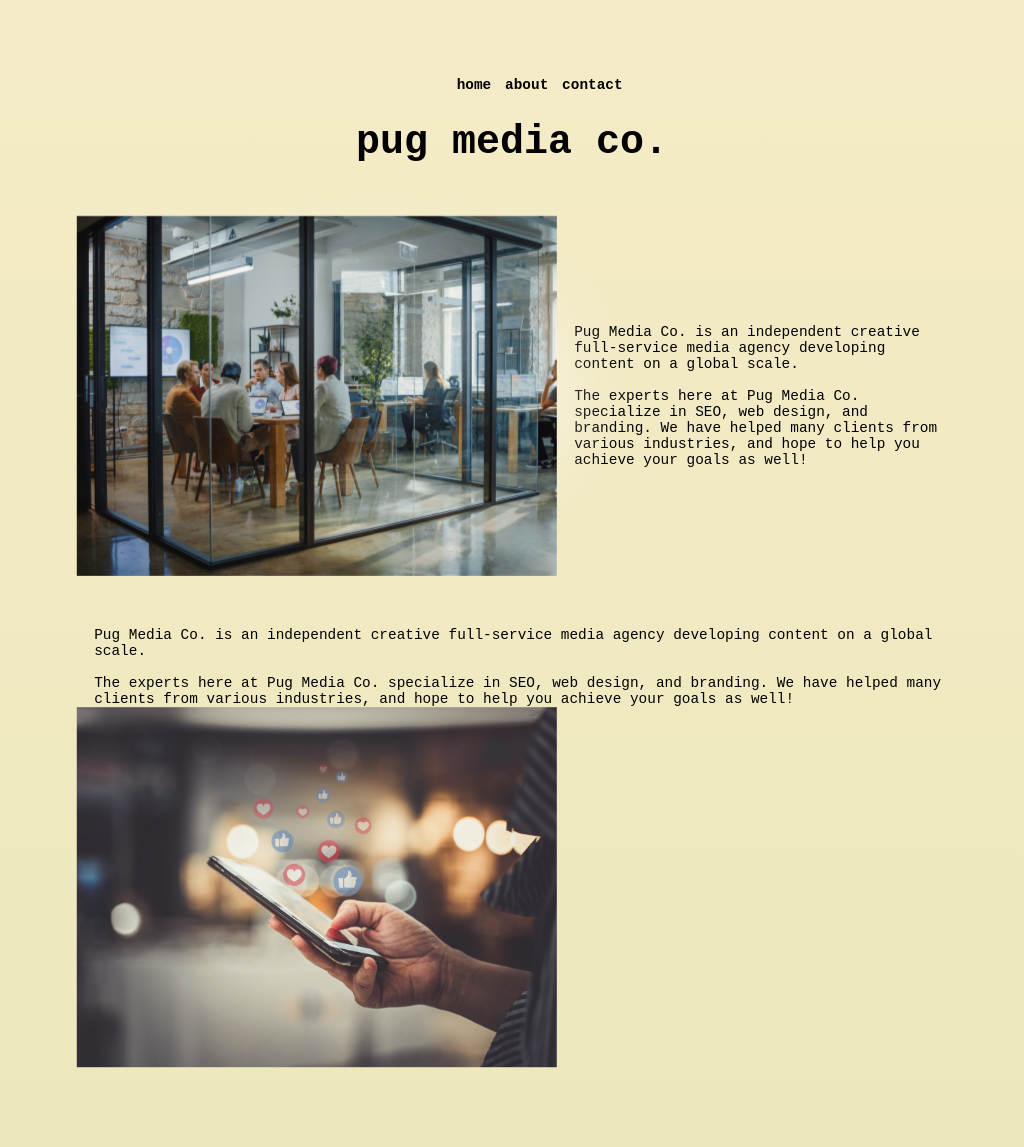
Repository: cheungglenda/MDIA2109-Week3
Page: /
The author's editor kept a copy of each file at every save. The page is drawn from the files as they stood at one save, then again after the next save.
The browser window is 1280 px wide. The pictures show the whole page, at 80% of full size.
The project was rebuilt for these pictures with package versions that can differ from the ones it lists, and the page was loaded fresh each time. The framework's server and built-in components were replaced by stand-ins that run in the browser. Also part of the build but not shown: next.config.js, components/Card/index.js.

Above is the page before, as saved 2023-01-20 19:05:54.

### pages/index.js
import Head from 'next/head'
import Image from 'next/image'
import { Inter } from '@next/font/google'
import styles from '@/styles/Home.module.css'
import data from '../data/education.json'
import { useState } from 'react'
import Card from '../components/Card'
import Link from 'next/link'

const inter = Inter({ subsets: ['latin'] })

export default function Home() {

  /** ([...data]) enters the data in the useState and is calling that info. the useState has all the data from the education.json file */
  const [information, setInformation] = useState([...data])
  console.log(data);

  return (
    <>
      <Head>
        <title>Pug Media Co.</title>
        <meta name="description" content="Full-service digital marketing agency" />
        <meta name="viewport" content="width=device-width, initial-scale=1" />
        <link rel="icon" href="/favicon.ico" />
      </Head>
      <main className={styles.main}>
        <div className={styles.buttons}>
      <Link href="/" className={styles.links}>Home</Link>
      <Link href="../about" className={styles.links}>About</Link>
      <Link href="/" className={styles.links}>Contact</Link>
        </div>

        <div className={styles.meetTitle}>Pug Media Co.</div>
        <div className={styles.center}>
          <Image
            className={styles.logo}
            src="/office.jpeg"
            width={600}
            height={450}
          />
          <div className={styles.homeDesc}>
            Pug Media Co. is an independent creative full-service media agency developing content on a global scale. <br></br><br></br>The experts here at Pug Media Co. specialize in SEO, web design, and branding. We have helped many clients from various industries, and hope to help you achieve your goals as well!
          </div>
        </div>
        <div className={styles.bottom}>
        <div className={styles.homeDesc}>
            Pug Media Co. is an independent creative full-service media agency developing content on a global scale. <br></br><br></br>The experts here at Pug Media Co. specialize in SEO, web design, and branding. We have helped many clients from various industries, and hope to help you achieve your goals as well!
          </div>
        <Image
            className={styles.logo}
            src="/media.jpeg"
            width={600}
            height={450}
          />
        </div>
      </main>
    </>
  )
}

/** .toLowerCase() is input when you don't want to worry about case sensitivity */

### styles/Home.module.css
.main {
  display: flex;
  flex-direction: column;
  justify-content: space-between;
  align-items: center;
  padding: 6rem;
  font-family:arial;
  min-height: 100vh;
  background-image: linear-gradient(rgb(245, 235, 200), rgb(236, 232, 188));

}

.buttons {
  display: flex;
  flex-direction:row;
  justify-content: space-evenly;
  margin-bottom:3%;
}

.links:hover {
  text-decoration:underline;
}

.links {
  font-size: 18px;
  max-width: var(--max-width);
  width: 100%;
  font-weight:900;
  font-family: 'Courier New', Courier, monospace;
  text-transform:lowercase;
  padding-left:10%;
}

.description {
  display: inherit;
  justify-content: inherit;
  align-items: inherit;
  font-size: 15px;
  max-width: var(--max-width);
  width: 100%;
  font-family: var(--font-mono);
}

.homeDesc {
  font-size: 18px;
  font-family:'Courier New', Courier, monospace;
  margin-left:2%;
}

.description a {
  display: flex;
  justify-content: center;
  align-items: center;
  gap: 0.5rem;
}

.description p {
  position: relative;
  margin: 0;
  padding: 1rem;
  background-color: rgba(var(--callout-rgb), 0.5);
  border: 1px solid rgba(var(--callout-border-rgb), 0.3);
  border-radius: var(--border-radius);
}

.code {
  font-weight: 700;
  font-family: var(--font-mono);
}

.meetTitle {
  font-size: 50px;
  font-weight:700;
  text-transform:lowercase;
  font-family:'Courier New', Courier, monospace;
  text-align:center;
}

.grid {
  display: flex;
  justify-content:center;
  width: var(--max-width);
  max-width: 100%;
  align-items:center;
  flex: 1;
}

.card {
  padding: 1rem 1.2rem;
  border-radius: var(--border-radius);
  background: rgba(var(--card-rgb), 0);
  border: 1px solid rgba(var(--card-border-rgb), 0);
  transition: background 200ms, border 200ms;
}

.card span {
  display: inline-block;
  transition: transform 200ms;
}

.info {
  font-family:Arial, Helvetica, sans-serif;
}

.card h2 {
  font-weight: 600;
  margin-bottom: 0.7rem;
}

.card p {
  margin: 0;
  opacity: 0.6;
  font-size: 0.9rem;
  line-height: 1.5;
  max-width: 30ch;
}


.employees {
  display:flex;
  gap:20px;
  width: 80%;
  text-align:center;
  font-family:'Courier New', Courier, monospace;
}

.titleDesc {
  font-size:16px;
  margin-bottom:3%;
}

.center {
  display: flex;
  justify-content: center;
  align-items: center;
  position: relative;
  padding: 4rem 0;
}

.center::before {
  background: var(--secondary-glow);
  border-radius: 50%;
  width: 480px;
  height: 360px;
  margin-left: -400px;
}

.center::after {
  background: var(--primary-glow);
  width: 240px;
  height: 180px;
  z-index: -1;
}

.center::before,
.center::after {
  content: '';
  left: 50%;
  position: absolute;
  filter: blur(45px);
  transform: translateZ(0);
}

.logo,
.thirteen {
  position: relative;
  object-fit:cover;
}

.thirteen {
  display: flex;
  justify-content: center;
  align-items: center;
  width: 75px;
  height: 75px;
  padding: 25px 10px;
  margin-left: 16px;
  transform: translateZ(0);
  border-radius: var(--border-radius);
  overflow: hidden;
  box-shadow: 0px 2px 8px -1px #0000001a;
}

.thirteen::before,
.thirteen::after {
  content: '';
  position: absolute;
  z-index: -1;
}

/* Conic Gradient Animation */
.thirteen::before {
  animation: 6s rotate linear infinite;
  width: 200%;
  height: 200%;
  background: var(--tile-border);
}

/* Inner Square */
.thirteen::after {
  inset: 0;
  padding: 1px;
  border-radius: var(--border-radius);
  background: linear-gradient(
    to bottom right,
    rgba(var(--tile-start-rgb), 1),
    rgba(var(--tile-end-rgb), 1)
  );
  background-clip: content-box;
}

/* Enable hover only on non-touch devices */
@media (hover: hover) and (pointer: fine) {
  .card:hover {
    background: rgba(var(--card-rgb), 0.1);
    border: 1px solid rgba(var(--card-border-rgb), 0.15);
  }

  .card:hover span {
    transform: translateX(4px);
  }
}

@media (prefers-reduced-motion) {
  .thirteen::before {
    animation: none;
  }

  .card:hover span {
    transform: none;
  }
}

/* Mobile */
@media (max-width: 700px) {
  .content {
    padding: 4rem;
  }

  .grid {
    grid-template-columns: 1fr;
    margin-bottom: 120px;
    max-width: 320px;
    text-align: center;
  }

  .card {
    padding: 1rem 2.5rem;
  }

  .card h2 {
    margin-bottom: 0.5rem;
  }

  .center {
    padding: 8rem 0 6rem;
  }

  .center::before {
    transform: none;
    height: 300px;
  }

  .description {
    font-size: 0.8rem;
  }

  .description a {
    padding: 1rem;
  }

  .description p,
  .description div {
    display: flex;
    justify-content: center;
    position: fixed;
    width: 100%;
  }

  .description p {
    align-items: center;
    inset: 0 0 auto;
    padding: 2rem 1rem 1.4rem;
    border-radius: 0;
    border: none;
    border-bottom: 1px solid rgba(var(--callout-border-rgb), 0.25);
    background: linear-gradient(
      to bottom,
      rgba(var(--background-start-rgb), 1),
      rgba(var(--callout-rgb), 0.5)
    );
    background-clip: padding-box;
    backdrop-filter: blur(24px);
  }

  .description div {
    align-items: flex-end;
    pointer-events: none;
    inset: auto 0 0;
    padding: 2rem;
    height: 200px;
    background: linear-gradient(
      to bottom,
      transparent 0%,
      rgb(var(--background-end-rgb)) 40%
    );
    z-index: 1;
  }
}

/* Tablet and Smaller Desktop */
@media (min-width: 701px) and (max-width: 1120px) {
  .grid {
    grid-template-columns: repeat(2, 50%);
  }
}

@media (prefers-color-scheme: dark) {

  .main {
    background-image: linear-gradient(rgb(51, 65, 14), rgb(169, 169, 110));
  }

  .vercelLogo {
    filter: invert(1);
  }

  .meetTitle {
    color:white;
  }

  .titleDesc {
    color:white;
  }

  .links {
    color: white;
  }

  .employees {
    color: black;
  }
}

@keyframes rotate {
  from {
    transform: rotate(360deg);
  }
  to {
    transform: rotate(0deg);
  }
}

### data/education.json
[
        {
            "studentNumber": "A0004567",
            "firstName": "Person 1",
            "gpa": 3.8,
            "department": "Business",
            "degree": "Finance",
            "graduted": 2014
        },
        {
            "studentNumber": "A0001234",
            "firstName": "Person 2",
            "gpa": 3.5,
            "department": "Business",
            "degree": "Accounting",
            "graduted": 2010
        },
        {
            "studentNumber": "A0007890",
            "firstName": "Person 3",
            "gpa": 3.2,
            "department": "Computing",
            "degree": "Applied Software Development Certificate",
            "graduted": 2018
        },
        {
            "studentNumber": "A0007828",
            "firstName": "Person 4",
            "gpa": 3.9,
            "department": "Computing",
            "degree": "Computer Systems Diploma",
            "graduted": 2021
        },
        {
            "studentNumber": "A0003425",
            "firstName": "Person 5",
            "gpa": 3.2,
            "department": "Computing",
            "degree": "Applied Computer Information Systems Certificate",
            "graduted": 2021
        }
]

Loaded but not shown: pages/_app.js (common file); pages/_document.js (common file); pages/api/hello.js (common file); styles/globals.css (common file)

After the next save:
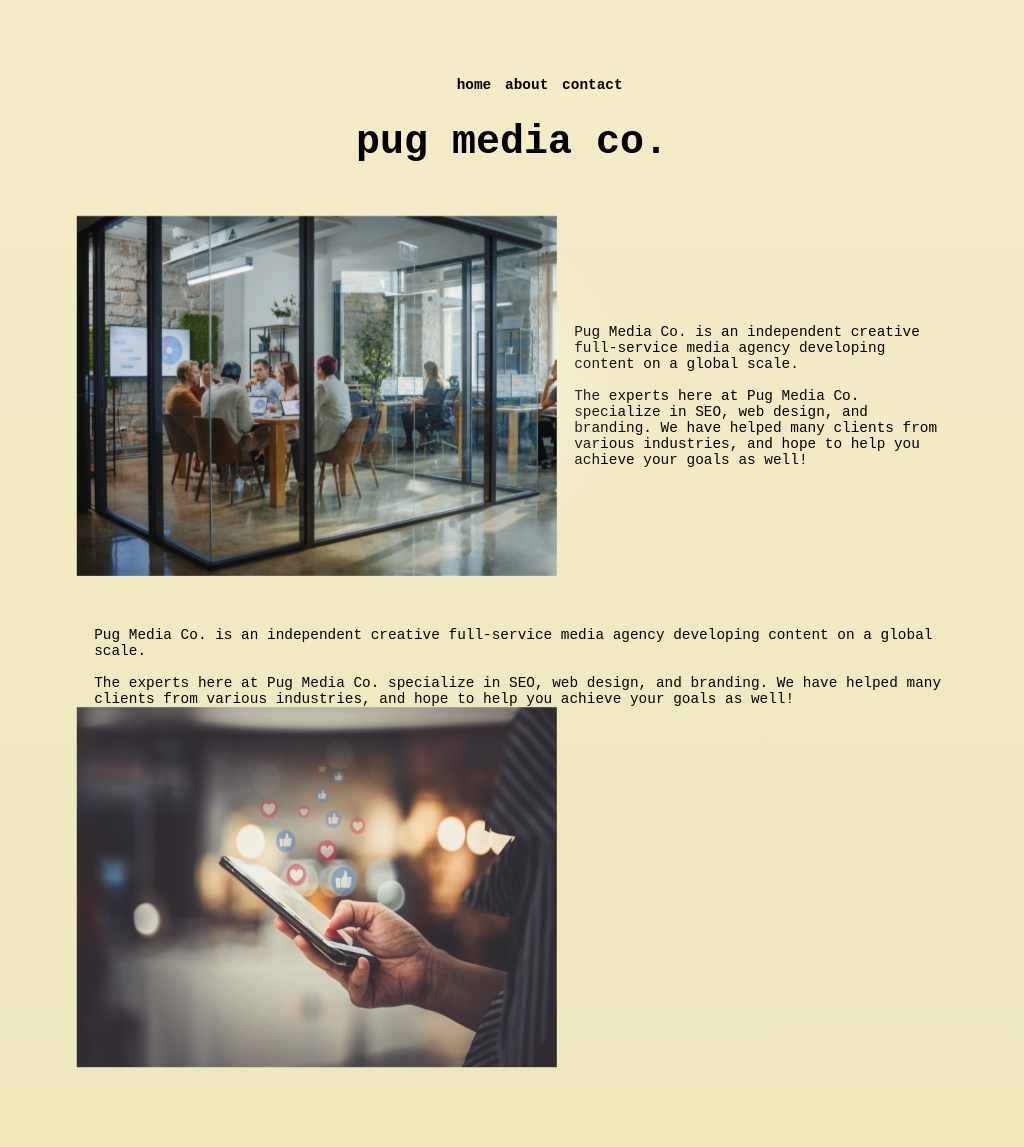
Saved 5 s later.
--- a/pages/index.js
+++ b/pages/index.js
@@ -47,7 +47,7 @@ export default function Home() {
             Pug Media Co. is an independent creative full-service media agency developing content on a global scale. <br></br><br></br>The experts here at Pug Media Co. specialize in SEO, web design, and branding. We have helped many clients from various industries, and hope to help you achieve your goals as well!
           </div>
         <Image
-            className={styles.logo}
+            className={styles.social}
             src="/media.jpeg"
             width={600}
             height={450}
